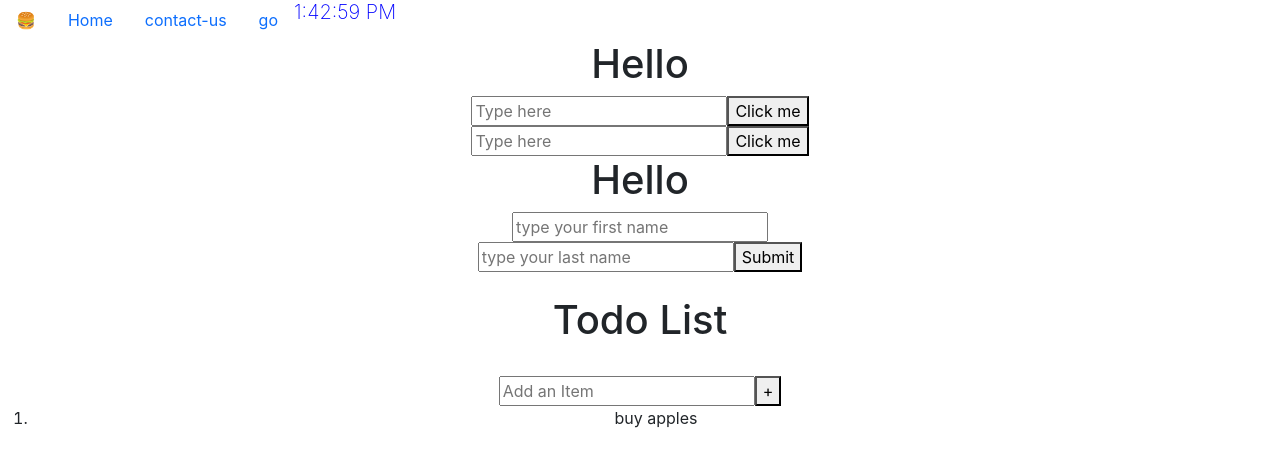
Repository: shah-zx/React-learning
Page: /
An editor plug-in stored every save of this project. The page is shown before and after a run of saves, followed by the edit.
The browser window is 1280 px wide. The pictures show the whole page.
The project was rebuilt for these pictures with package versions that can differ from the ones it lists, and the page was loaded fresh each time. Also part of the build but not shown: src/components/Greet.js, src/components/Welcome.js, src/components/Swagat.js, src/components/Namaste.js, src/components/Hello.js, src/components/ayiye.js, src/components/Message.js, src/components/Thought.js and 47 more. Imported but missing from the stored project, and not drawn on this page: src/components/Indexaskeyantipattern.

Above is the page before, as saved 2021-11-12 23:19:02.

After the next 2 saves:
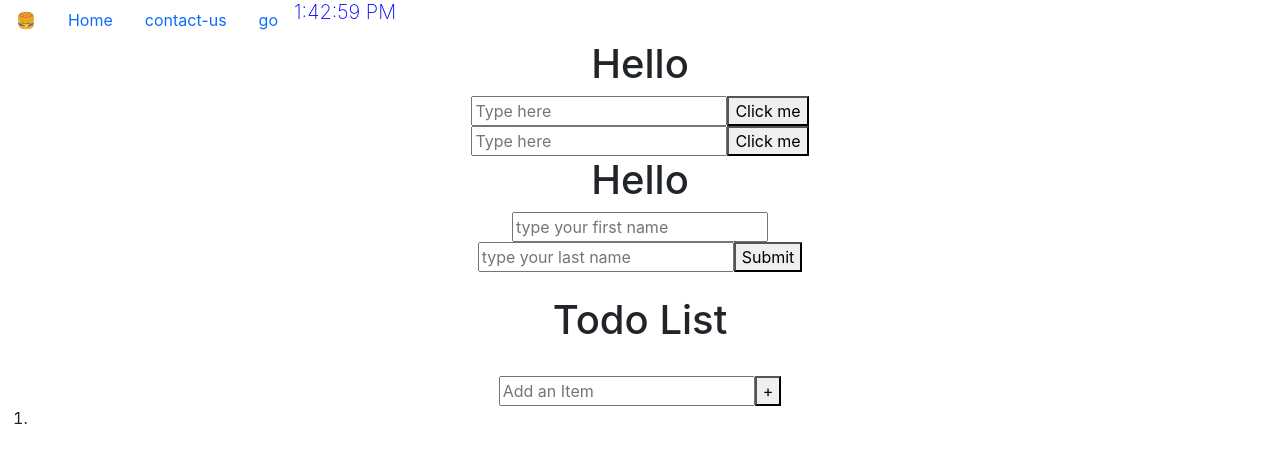
The 2 saves are shown as one change because 1 did not build or start.
The last was saved 4 min 40 s later.
--- a/src/practice_components/Todo.js
+++ b/src/practice_components/Todo.js
@@ -1,9 +1,12 @@
-import React from 'react'
+import React ,{useState} from 'react'
 
 function App() {
     const handleChange = (event) => {
         console.log(event.target.value)
     }
+
+    const [name ,setName] = useState("")
+
     return (
         <div className="main_div">
         <div className="center_div">
@@ -13,7 +16,7 @@ function App() {
             <input type="text" className="" placeholder = "Add an Item" onChange = {handleChange} />
             <button> + </button>
             <ol>
-                <li>buy apples</li>
+                <li></li>
             </ol>
         </div>
 
